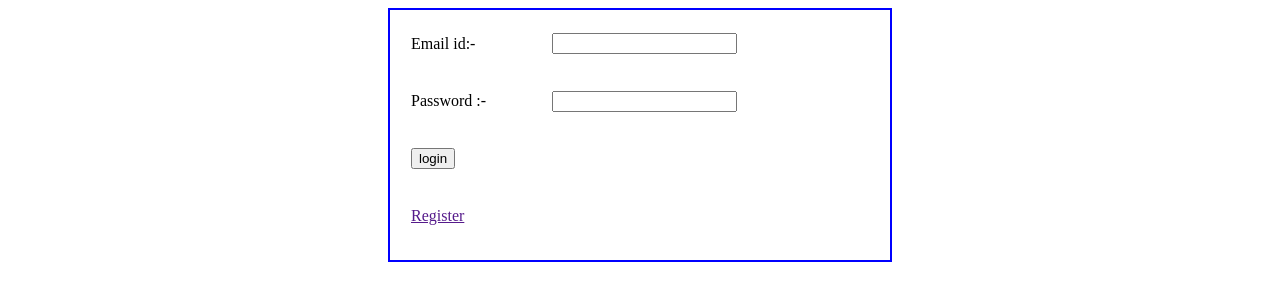
Repository: ShivrajMPujari/ServletApplication
Page: http://localhost/LoginReg/
The author's editor kept a copy of each file at every save. The page is drawn from the files as they stood at one save, then again after the next save.
The browser window is 1280 px wide. The pictures show the whole page.
The page is served by Tomcat 9. Other server files are loaded and not shown.

Above is the page before, as saved 2018-07-09 05:57:42.

### LoginReg/WebContent/index.html
<!DOCTYPE html>
<html>
<head>
<meta charset="UTF-8">
<title>Insert title here</title>
<link rel="stylesheet" href="index.css"/>
</head>
<body>

<div class="tableDiv">
<form action="">
<table class="loginTabel" cellspacing="10">
<tr>
	<td> Email id:- </td> <td> <input type="email" /></td>
</tr>

<tr>
	<td>Password :- </td> <td> <input type="password" /> </td>
</tr>

<tr >
<td colspan="2" class="submitButton" > <input type="submit" value="login" /></td>
</tr>

<tr>
<td colspan="2"> <a href="">Register</a></td>
</tr>
</table>
</form>
</div>
</body>
</html>

### LoginReg/WebContent/index.css
@CHARSET "UTF-8";

.tableDiv{
	height:250px;
	width:500px;
	margin:auto;
	border:2px solid blue;
}
.loginTabel{

	height:240px;
	width:480px;
	margin:auto;

}
tr{
	height: 30px;
}
.submitButton{
	margin:auto;
}

After the next save:
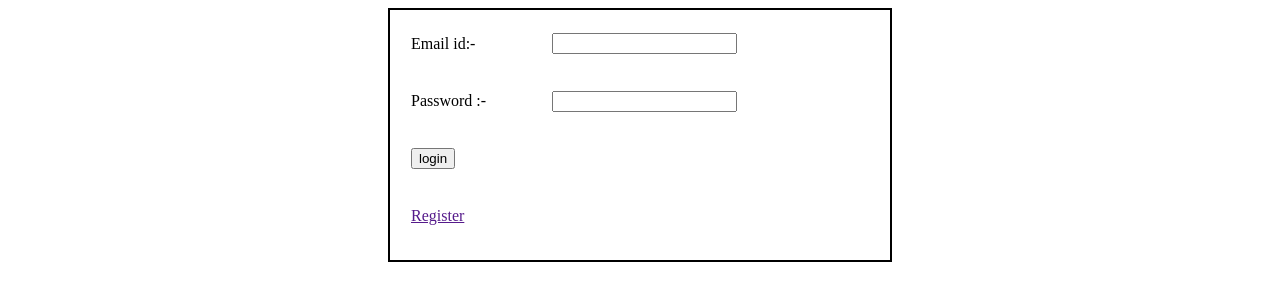
Saved 12 s later.
--- a/LoginReg/WebContent/index.css
+++ b/LoginReg/WebContent/index.css
@@ -4,7 +4,7 @@
 	height:250px;
 	width:500px;
 	margin:auto;
-	border:2px solid blue;
+	border:2px solid black;
 }
 .loginTabel{
 
